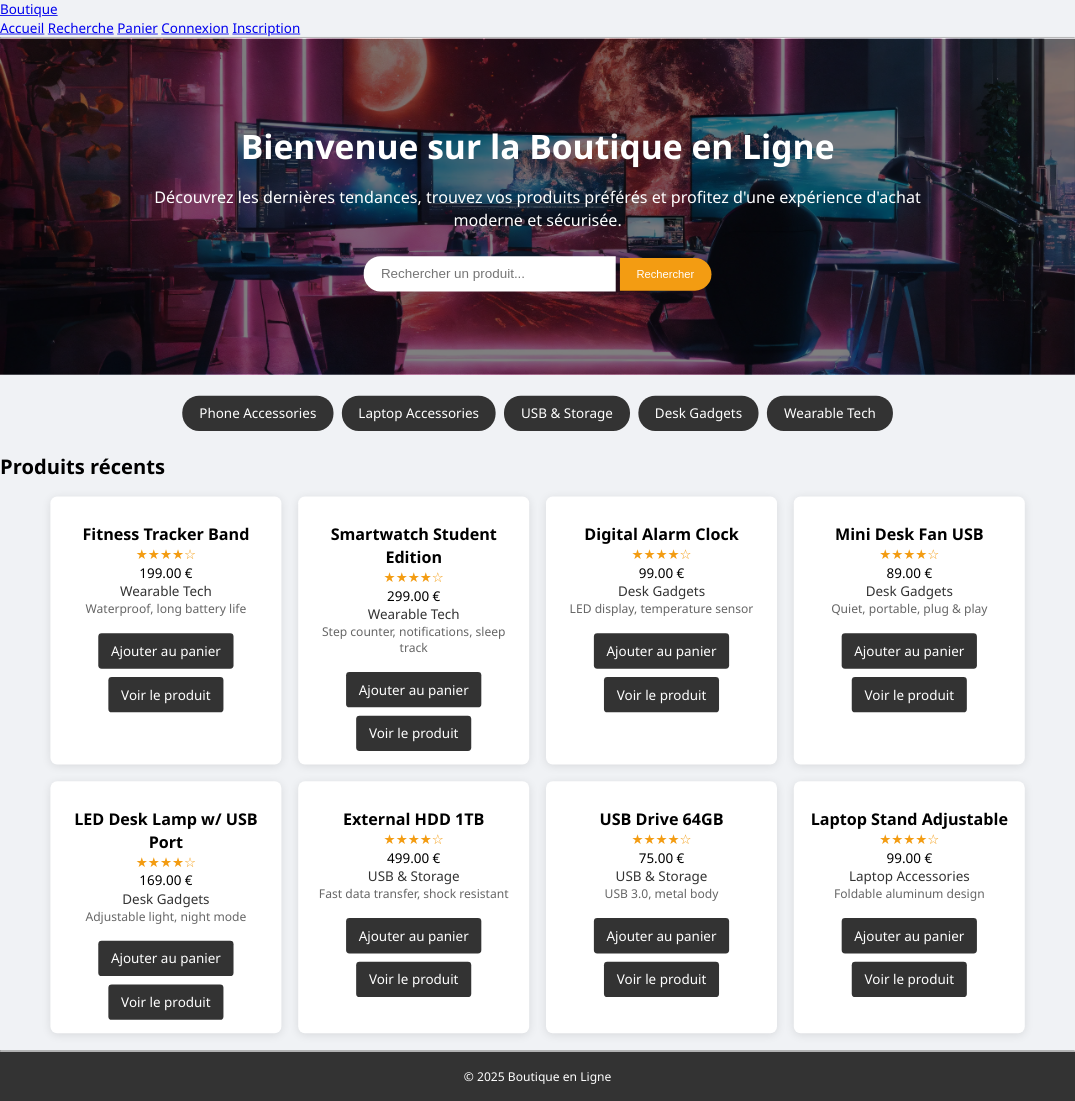
Repository: kiraj-walid/ecomerce
Page: http://localhost/
These files come from the project's save history. The page is drawn as it stood at one moment and after the next save; the edit follows.
The browser window is 1280 px wide. The pictures show the whole page, at 84% of full size.
The page is run by PHP 8.4 with error messages shown; the project is at /var/www/html/. The database holds what the project's SQL file puts in it. Queries for data that is not in the repository find no rows.

Above is the page before, as saved 2025-05-07 15:06:10.

After the next save:
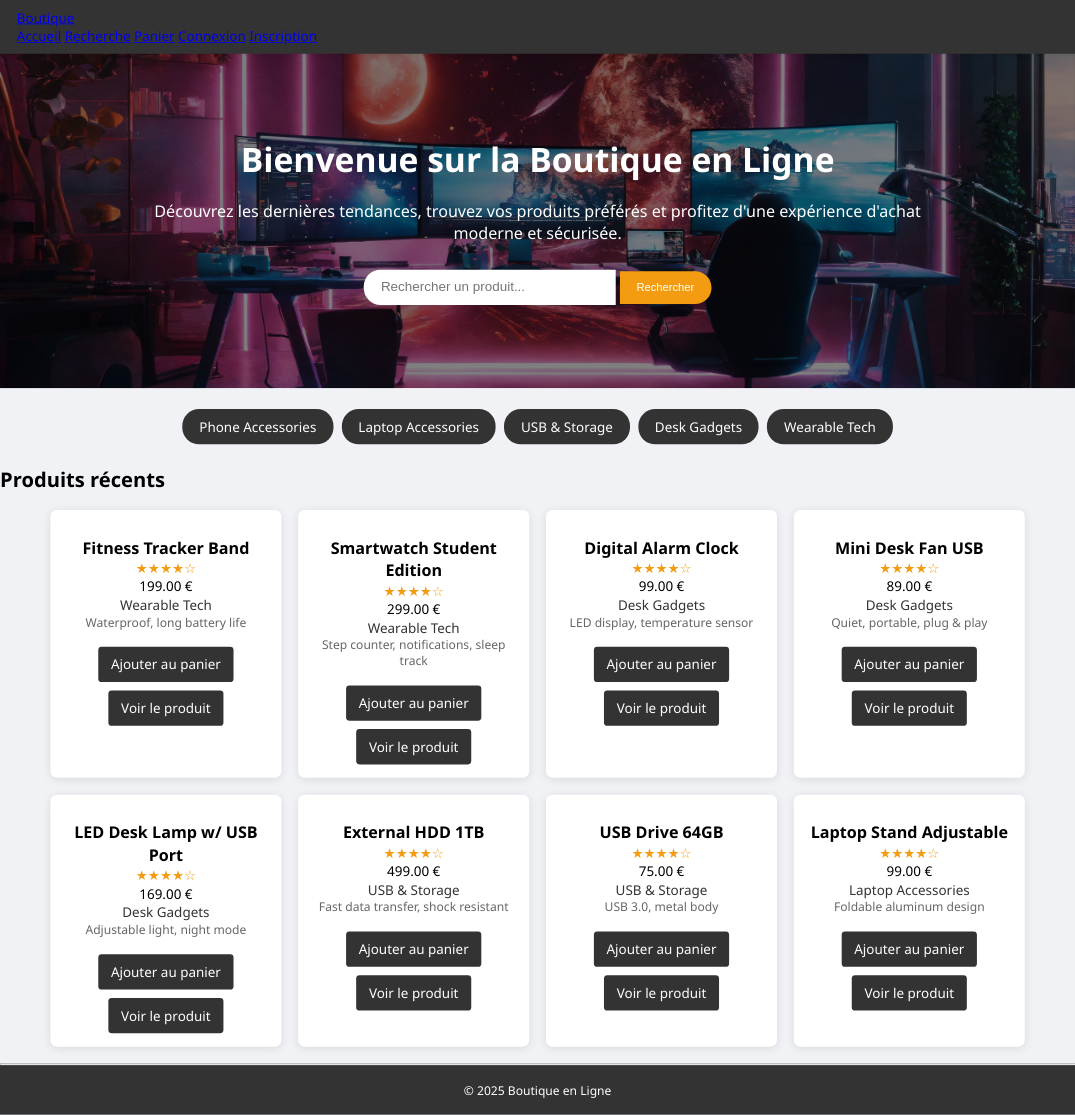
Saved 91 s later.
--- a/assets/css/style.css
+++ b/assets/css/style.css
@@ -8,6 +8,54 @@
 body {
     font-family: 'Segoe UI', sans-serif;
     background-color: #f0f2f5;
+    margin: 0;
+}
+
+/* Navbar */
+nav {
+    background-color: #333;
+    padding: 10px 20px;
+    position: fixed;
+    top: 0;
+    left: 0;
+    width: 100%;
+    z-index: 10;
+    box-shadow: 0 2px 5px rgba(0, 0, 0, 0.1);
+}
+
+nav .nav-container {
+    display: flex;
+    justify-content: space-between;
+    align-items: center;
+    max-width: 1200px;
+    margin: 0 auto;
+}
+
+nav .logo {
+    font-size: 1.5em;
+    color: white;
+    font-weight: bold;
+    text-transform: uppercase;
+    text-decoration: none;
+}
+
+nav .nav-links {
+    display: flex;
+    gap: 15px;
+}
+
+nav .nav-links a {
+    color: white;
+    text-decoration: none;
+    font-size: 1em;
+    padding: 8px 15px;
+    border-radius: 20px;
+    transition: background-color 0.3s;
+}
+
+nav .nav-links a:hover {
+    background-color: #f39c12;
+    color: #333;
 }
 
 /* Hero Section */
@@ -23,6 +71,7 @@ body {
     align-items: center;
     text-align: center;
     overflow: hidden; /* Prevent image from going beyond the section */
+    margin-top: 60px; /* Add margin to push content below the navbar */
 }
 
 .hero-overlay {
